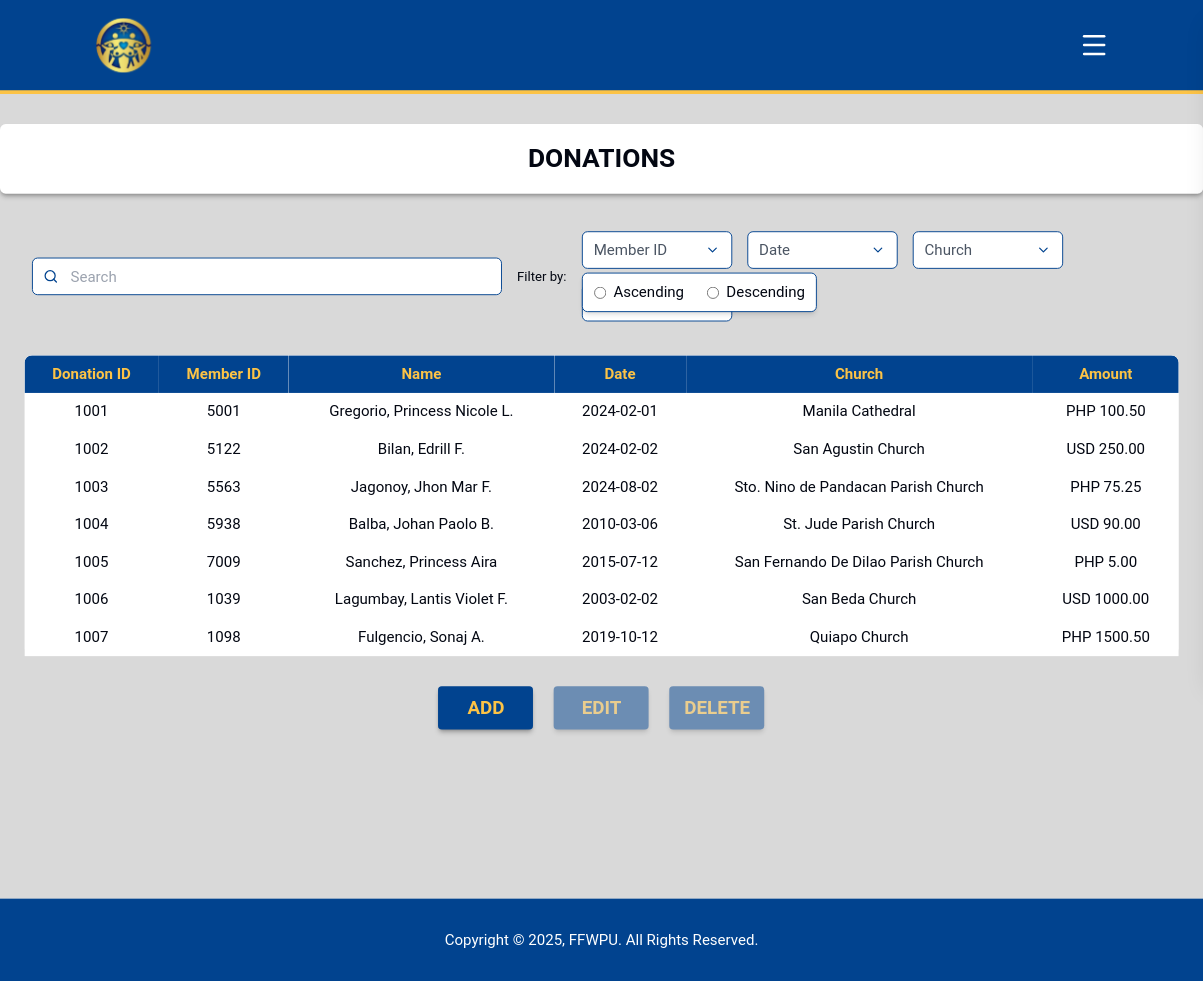
Repository: CoderTofu/FFWPU_System
Page: /donation, after clicking the first element matching `button.w-\[120px\]`
These files come from the project's save history. The page is drawn as it stood at one moment and after the next save; the edit follows.
The browser window is 1280 px wide. The pictures show the whole page, at 94% of full size.
The project was rebuilt for these pictures with package versions that can differ from the ones it lists, and the page was loaded fresh each time. The framework's server and built-in components were replaced by stand-ins that run in the browser. Also part of the build but not shown: next.config.ts, src/components/NavbarPublic.tsx, src/components/FooterPublic.tsx, src/lib/utils.ts, src/components/ui/dialog.tsx, src/components/ui/button.tsx, src/components/Modal.tsx.

Above is the page before, as saved 2025-03-07 07:47:20.

After the next save:
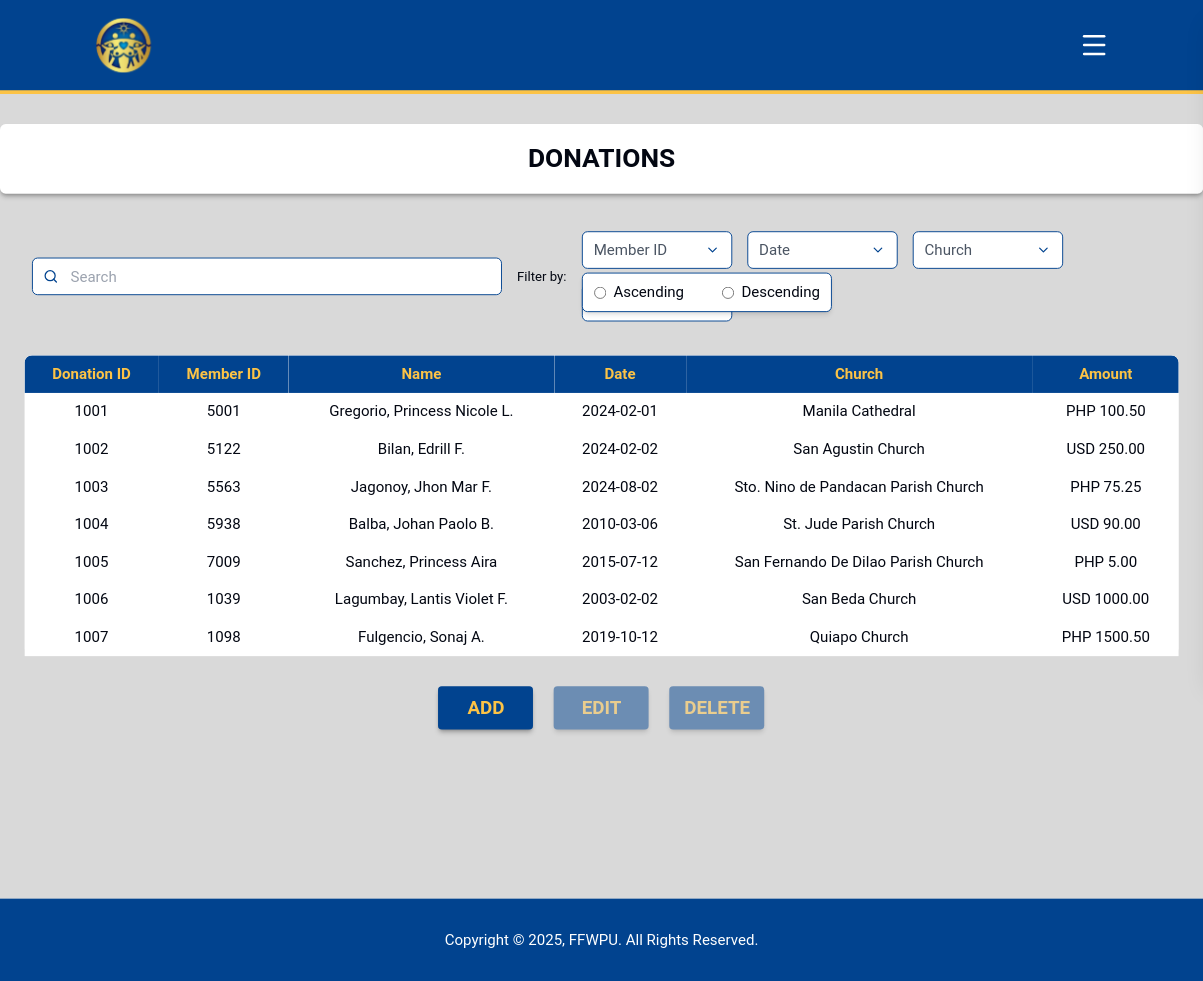
Saved 39 s later.
--- a/src/components/DonationModals.tsx
+++ b/src/components/DonationModals.tsx
@@ -77,7 +77,7 @@ export default function DonationModals({
             </button>
 
             {openSortDropdown === filter && (
-              <div className="flex items-center justify-start sm:w-auto absolute mt-1 w-full bg-white border border-[#01438F] rounded-md shadow-md z-10">
+              <div className="flex flex-wrap sm:flex-nowrap items-center gap-4 sm:w-auto absolute mt-1 w-full bg-white border border-[#01438F] rounded-md shadow-md z-10">
                 <label className="flex items-center px-3 py-2 hover:bg-gray-200 hover:rounded-sm">
                   <input
                     type="radio"
